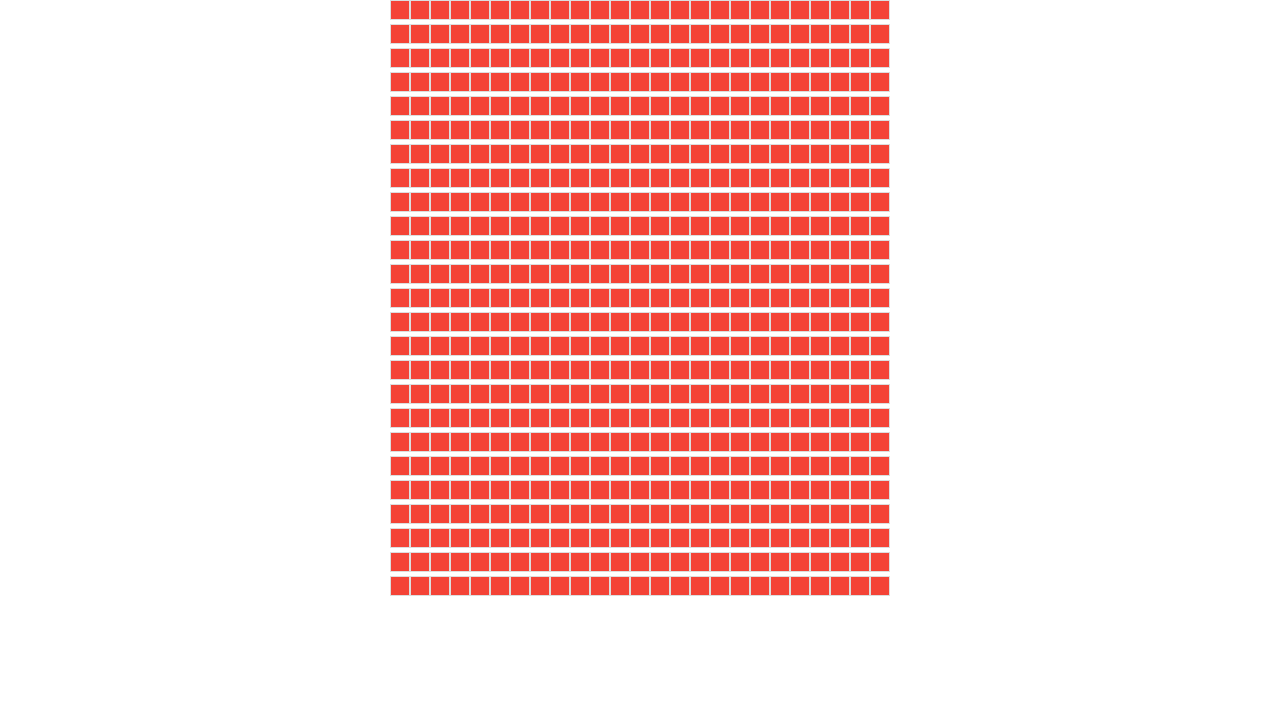
Repository: MarioDiekmann/GameOfLife
Page: /
These files come from the project's save history. The page is drawn as it stood at one moment and after the next save; the edit follows.
The browser window is 1280 px wide. The pictures show the whole page.
The project was rebuilt for these pictures with package versions that can differ from the ones it lists, and the page was loaded fresh each time.

Above is the page before, as saved 2024-10-04 16:33:05.

After the next save:
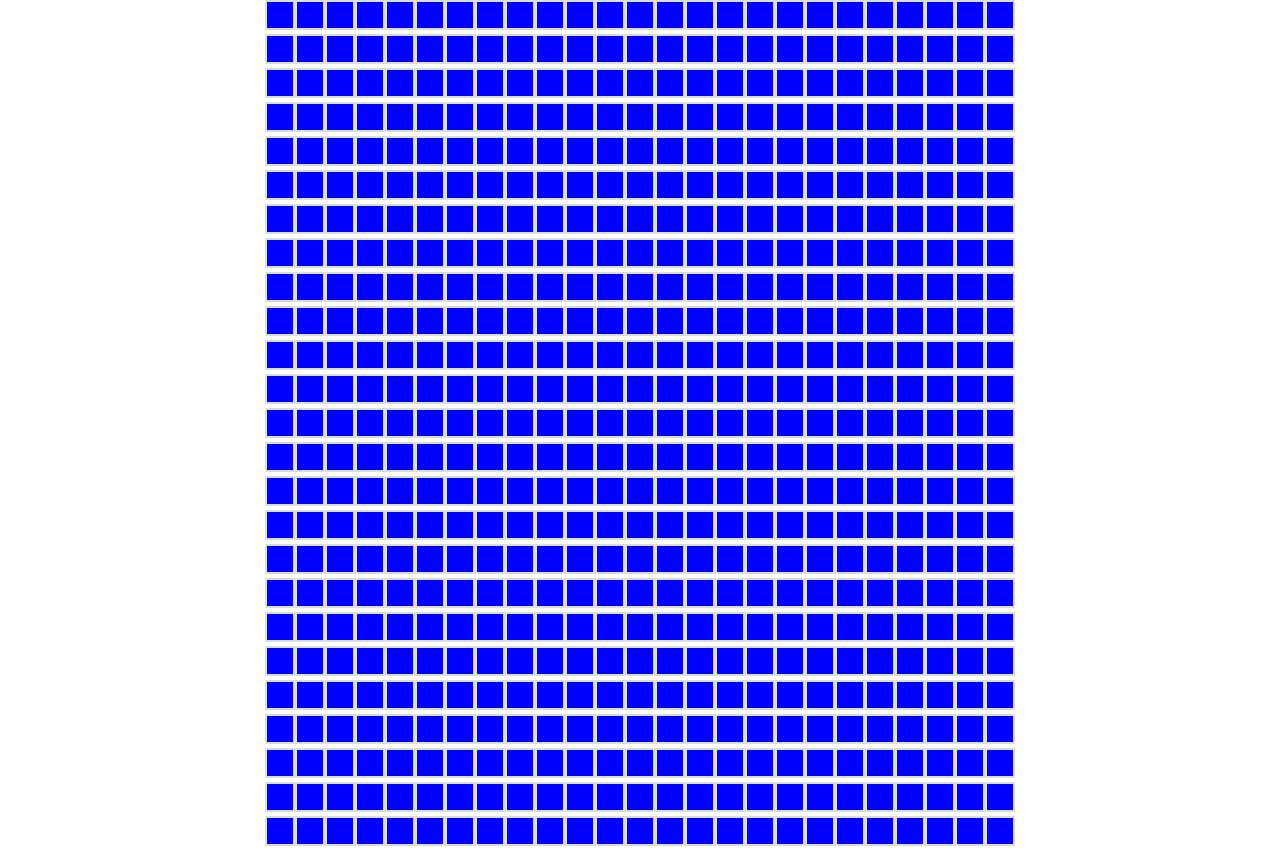
Saved 7 min 58 s later.
--- a/src/components/Cell.css
+++ b/src/components/Cell.css
@@ -1,16 +1,16 @@
 .cell {
-    width: 20px; /* Width of each cell */
-    height: 20px; /* Height of each cell */
+    width: 30px; /* Width of each cell */
+    height: 30px; /* Height of each cell */
     display: inline-block; /* Align cells next to each other */
-    border: 1px solid #ddd; /* Light border around each cell */
+    border: 2px solid #ddd; /* Light border around each cell */
     box-sizing: border-box; /* Include padding and border in the element's total width and height */
     transition: background-color 0.3s; /* Smooth transition for background color */
   }
 
   .cell.alive {
-    background-color: #4caf50; /* Green for living cells */
+    background-color: goldenrod; /* Green for living cells */
   }
 
   .cell.dead {
-    background-color: #f44336; /* Red for dead cells */
+    background-color: blue; /* Red for dead cells */
   }
